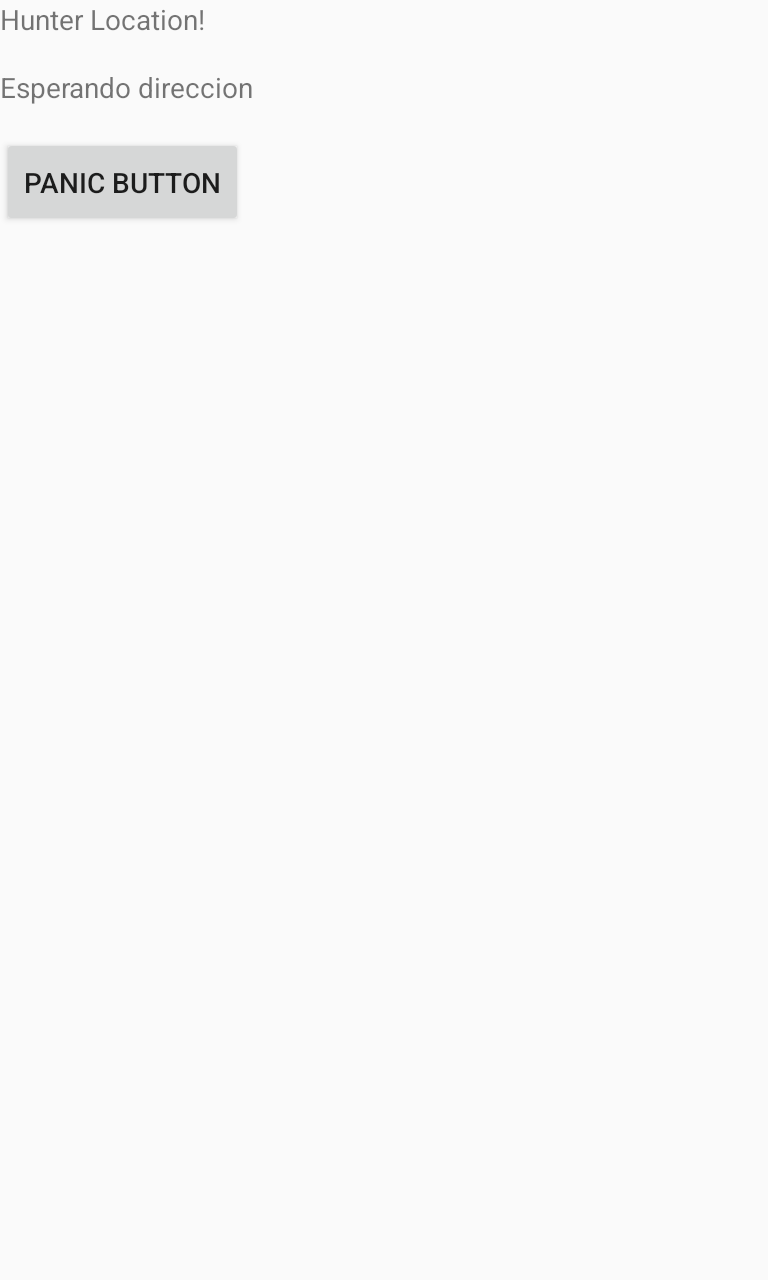
Repository: aludena18/android_apps
Layout: AlarmServiceLocation/res/layout/activity_main.xml
An editor plug-in stored every save of this project. The layout is shown before and after the next save, followed by the edit.
It is drawn on a 768 x 1280 px phone screen (xhdpi) without system bars, with theme AppTheme; the app's code is not run.

Above is the layout before, as saved 2015-07-15 14:36:59.

### AlarmServiceLocation/res/layout/activity_main.xml
<LinearLayout xmlns:android="http://schemas.android.com/apk/res/android"
    xmlns:tools="http://schemas.android.com/tools"
    android:layout_width="match_parent"
    android:layout_height="match_parent"
    android:orientation="vertical"
    tools:context="com.alg.alarmservicelocation.MainActivity" >

    <TextView
        android:layout_width="wrap_content"
        android:layout_height="wrap_content"
        android:text="@string/hello_world" />

    <LinearLayout
        android:layout_width="wrap_content"
        android:layout_height="wrap_content"
        android:orientation="horizontal" >
        <TextView
            android:id="@+id/txvDireccion"
            android:layout_marginTop="15dp"
            android:layout_width="wrap_content"
            android:layout_height="wrap_content"
            android:text="@string/etqTxvDireccion" />

        <ProgressBar
            android:id="@+id/progressBar1"
            android:layout_width="wrap_content"
            android:layout_height="wrap_content" />
    </LinearLayout>

    <Button
        android:id="@+id/btnPanic"
        android:layout_width="wrap_content"
        android:layout_height="wrap_content"
        android:text="@string/etqBtnPanic" />

</LinearLayout>

### AlarmServiceLocation/res/values/strings.xml
<?xml version="1.0" encoding="utf-8"?>
<resources>

    <string name="app_name">Alarm Service Location</string>
    <string name="hello_world">Hunter Location!</string>
    <string name="action_settings">Settings</string>

    <string name="etqBtnPanic">Panic Button</string>
    <string name="etqTxvDireccion">Esperando direccion</string>

</resources>

Loaded but not shown: AlarmServiceLocation/res/values/styles.xml (common file); AlarmServiceLocation/res/values-v11/styles.xml (common file); AlarmServiceLocation/res/values-v14/styles.xml (common file)

After the next save:
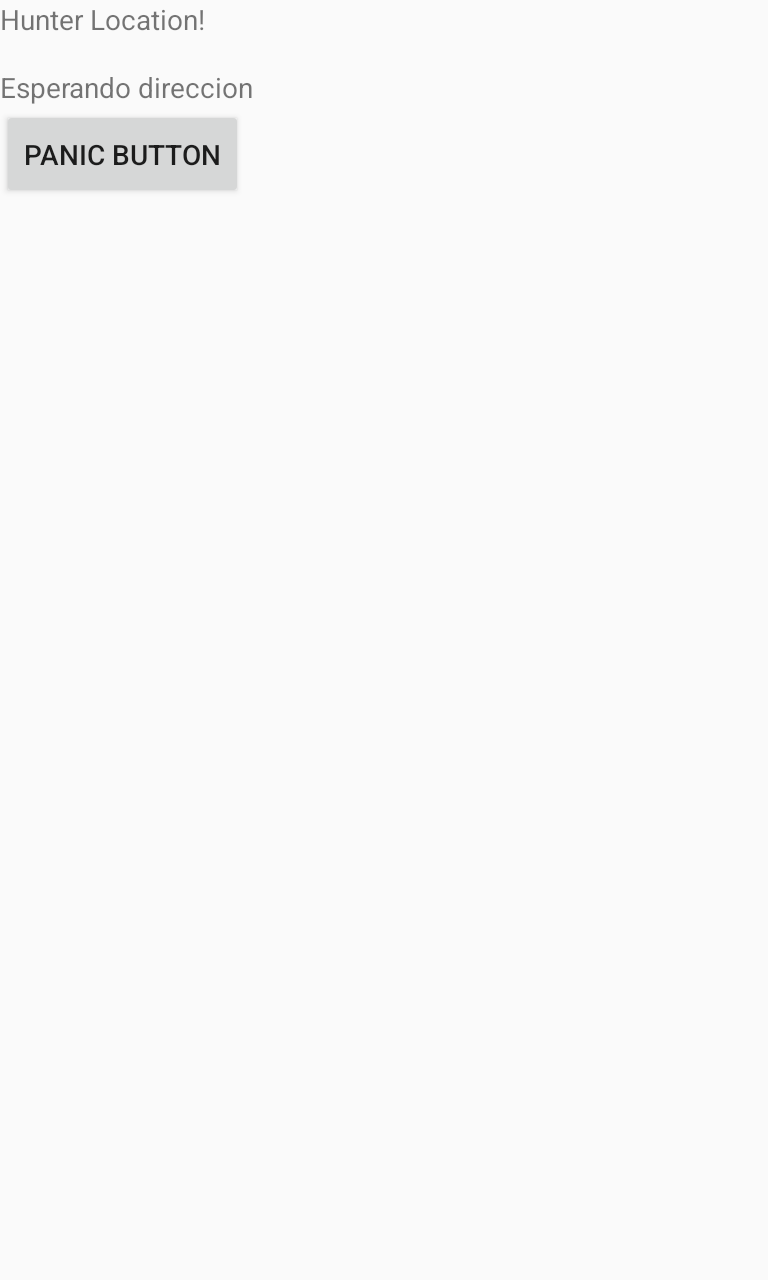
Saved 82 min 5 s later.
--- a/AlarmServiceLocation/res/layout/activity_main.xml
+++ b/AlarmServiceLocation/res/layout/activity_main.xml
@@ -21,10 +21,7 @@
             android:layout_height="wrap_content"
             android:text="@string/etqTxvDireccion" />
 
-        <ProgressBar
-            android:id="@+id/progressBar1"
-            android:layout_width="wrap_content"
-            android:layout_height="wrap_content" />
+
     </LinearLayout>
 
     <Button
